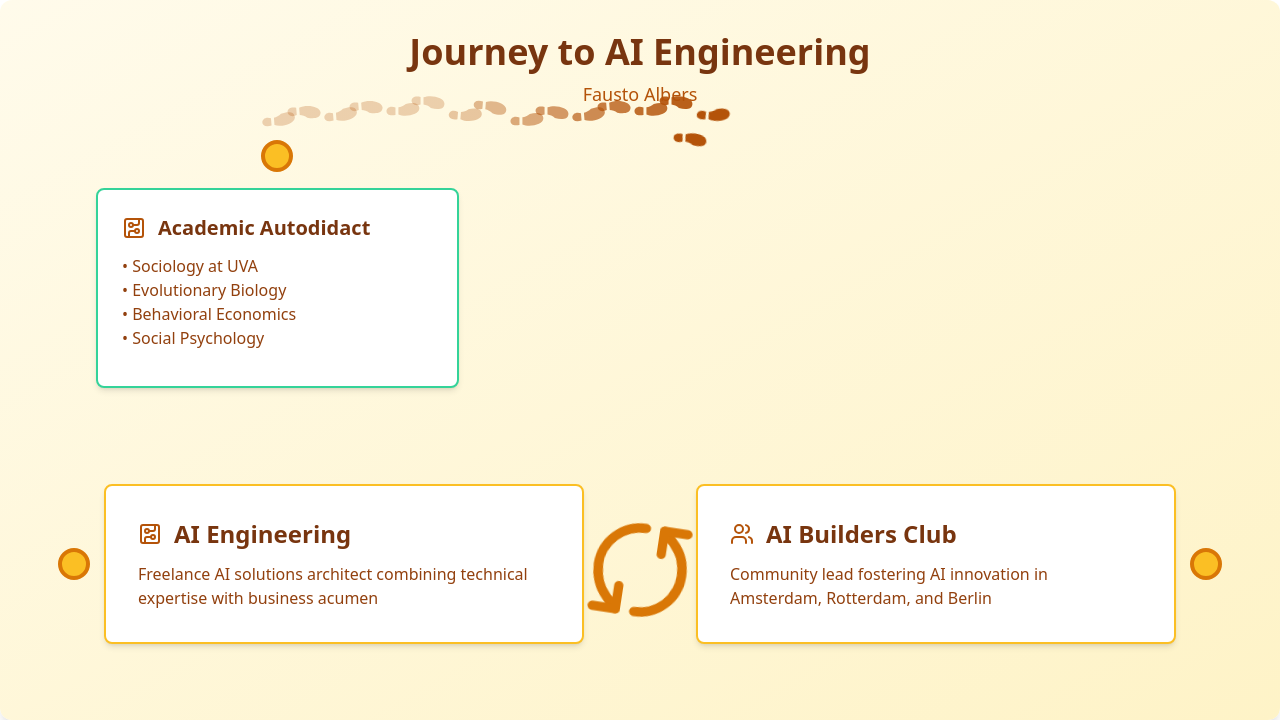
Repository: Galbaz1/dell_presentation
Page: /
An editor plug-in stored every save of this project. The page is shown before and after the next save, followed by the edit.
The browser window is 1280 px wide. The pictures show the whole page.
The project was rebuilt for these pictures with package versions that can differ from the ones it lists, and the page was loaded fresh each time. The framework's server and built-in components were replaced by stand-ins that run in the browser. Also part of the build but not shown: styles/animations/slide2.css, slides/Slide2.tsx.

Above is the page before, as saved 2024-11-11 15:44:41.

### pages/_app.tsx
import '../styles/globals.css'
import '../styles/animations/slide1.css'
import '../styles/animations/slide2.css'
import type { AppProps } from 'next/app'

function MyApp({ Component, pageProps }: AppProps) {
  return <Component {...pageProps} />
}

export default MyApp

### pages/index.tsx
import React from 'react';
import { CircuitBoard, Building2, Code, Users, ArrowRight, RefreshCcw } from 'lucide-react';
import FootstepsAnimation from '../components/FootstepsAnimation';

const SpeakerSlide: React.FC = () => {
  return (
    <div className="bg-gradient-to-br from-amber-50 to-amber-100 p-8 rounded-xl shadow-lg min-h-screen overflow-hidden">
      {/* Header */}
      <div className="mb-12 text-center">
        <h1 className="text-4xl font-bold text-amber-900 mb-2">Journey to AI Engineering</h1>
        <p className="text-lg text-amber-700">Fausto Albers</p>
      </div>

      {/* Journey Map */}
      <div className="relative mb-16 mx-auto max-w-[1400px]">
        <FootstepsAnimation />
        {/* Journey Stations */}
        <div className="relative flex justify-between items-center px-16">
          {/* Academic Autodidact */}
          <div className="w-96 relative fall-animation">
            <div className="absolute -top-4 left-1/2 transform -translate-x-1/2">
              <div className="w-8 h-8 rounded-full bg-amber-400 border-4 border-amber-600" />
            </div>
            <div className="bg-white p-6 rounded-lg shadow-md mt-8 h-[200px] flex flex-col border-2 border-emerald-400">
              <h2 className="text-xl font-semibold text-amber-900 mb-3 flex items-center">
                <CircuitBoard className="mr-3 text-amber-700 w-6 h-6" /> Academic Autodidact
              </h2>
              <ul className="text-base text-amber-800 flex-1">
                <li>• Sociology at UVA</li>
                <li>• Evolutionary Biology</li>
                <li>• Behavioral Economics</li>
                <li>• Social Psychology</li>
              </ul>
            </div>
          </div>

          {/* Business Experience */}
          <div className="w-96 relative fall-animation fall-animation-delay-1">
            <div className="absolute -top-4 left-1/2 transform -translate-x-1/2">
              <div className="w-8 h-8 rounded-full bg-amber-400 border-4 border-amber-600" />
            </div>
            <div className="bg-white p-6 rounded-lg shadow-md mt-8 h-[200px] flex flex-col border-2 border-emerald-400">
              <h2 className="text-xl font-semibold text-amber-900 mb-3 flex items-center">
                <Building2 className="mr-3 text-amber-700 w-6 h-6" /> Business Leadership
              </h2>
              <ul className="text-base text-amber-800 flex-1">
                <li>• Restaurant Owner</li>
                <li>• Cocktail Bars</li>
                <li>• Event Company</li>
                <li>• Dark Kitchen</li>
              </ul>
            </div>
          </div>

          {/* Tech Innovation */}
          <div className="w-96 relative fall-animation fall-animation-delay-2">
            <div className="absolute -top-4 left-1/2 transform -translate-x-1/2">
              <div className="w-8 h-8 rounded-full bg-amber-400 border-4 border-amber-600" />
            </div>
            <div className="bg-white p-6 rounded-lg shadow-md mt-8 h-[200px] flex flex-col border-2 border-emerald-400">
              <h2 className="text-xl font-semibold text-amber-900 mb-3 flex items-center">
                <Code className="mr-3 text-amber-700 w-6 h-6" /> Tech Innovation
              </h2>
              <ul className="text-base text-amber-800 flex-1">
                <li>• Back-end Development</li>
                <li>• Waitless - QR POS System</li>
                <li>• Waitler - LLM Chat App</li>
              </ul>
            </div>
          </div>
        </div>
      </div>

      {/* Current Roles Synergy Circle */}
      <div className="relative max-w-[1200px] mx-auto mt-24">
        {/* Synergy Arrows - removed text */}
        <div className="absolute left-0 right-0 mx-auto w-28 top-[30px] synergy-animation z-10">
          <div className="relative w-full h-full">
            <RefreshCcw className="w-full h-full text-amber-600 animate-spin-slow" />
          </div>
        </div>

        <div className="flex justify-between items-center synergy-animation px-16">
          {/* AI Engineering Role */}
          <div className="w-[480px] relative bg-white p-8 rounded-lg shadow-md border-2 border-amber-400 h-[160px] flex flex-col">
            <div className="absolute -left-12 top-1/2 transform -translate-y-1/2">
              <div className="w-8 h-8 rounded-full bg-amber-400 border-4 border-amber-600" />
            </div>
            <h2 className="text-2xl font-semibold text-amber-900 mb-3 flex items-center">
              <CircuitBoard className="mr-3 text-amber-700 w-6 h-6" /> AI Engineering
            </h2>
            <p className="text-base text-amber-800">
              Freelance AI solutions architect combining technical expertise with business acumen
            </p>
          </div>

          {/* AI Builders Role */}
          <div className="w-[480px] relative bg-white p-8 rounded-lg shadow-md border-2 border-amber-400 h-[160px] flex flex-col">
            <h2 className="text-2xl font-semibold text-amber-900 mb-3 flex items-center">
              <Users className="mr-3 text-amber-700 w-6 h-6" /> AI Builders Club
            </h2>
            <p className="text-base text-amber-800">
              Community lead fostering AI innovation in Amsterdam, Rotterdam, and Berlin
            </p>
            <div className="absolute -right-12 top-1/2 transform -translate-y-1/2">
              <div className="w-8 h-8 rounded-full bg-amber-400 border-4 border-amber-600" />
            </div>
          </div>
        </div>
      </div>
    </div>
  );
};

export default SpeakerSlide;

### styles/animations/slide1.css
@keyframes spin-slow {
  from {
    transform: rotate(0deg);
  }
  to {
    transform: rotate(360deg);
  }
}

.animate-spin-slow {
  animation: spin-slow 20s linear infinite;
}

@keyframes fallIn {
  0% {
    transform: translateY(-100vh) rotate(0deg);
    opacity: 0;
  }
  60% {
    transform: translateY(20px) rotate(720deg);
  }
  80% {
    transform: translateY(-10px) rotate(720deg);
  }
  100% {
    transform: translateY(0) rotate(720deg);
    opacity: 1;
  }
}

.fall-animation {
  opacity: 0;
  animation: fallIn 2s cubic-bezier(0.25, 0.46, 0.45, 0.94) forwards;
  animation-delay: 2s;
}

.fall-animation-delay-1 {
  animation-delay: 6s;
}

.fall-animation-delay-2 {
  animation-delay: 11s;
}

### components/FootstepsAnimation.tsx
import React, { useEffect, useRef } from 'react';
import gsap from 'gsap';

interface FootProps {
  ref: React.RefObject<SVGSVGElement>;
}

const RightFootprint = React.forwardRef<SVGSVGElement>((_, ref) => (
  <svg
    ref={ref}
    width="24"
    height="36"
    viewBox="0 0 16 32"
    fill="currentColor"
    xmlns="http://www.w3.org/2000/svg"
    className="footstep right-step"
    style={{ transform: 'rotate(90deg)', fill: '#b45309' }}
  >
    <path d="M5.058 20.918l6.21-1.664c-0.204-2.22 0-4.745 1.205-7.11 0.18-6.195-1.867-11.962-6.835-10.631-5.468 1.465-4.865 13.899-0.58 19.404v0zM5.468 23.537c0.343 11.974 12.512 6.497 6.318-1.693l-6.318 1.693z" />
  </svg>
));

const LeftFootprint = React.forwardRef<SVGSVGElement>((_, ref) => (
  <svg
    ref={ref}
    width="24"
    height="36"
    viewBox="20 0 16 32"
    fill="currentColor"
    xmlns="http://www.w3.org/2000/svg"
    className="footstep left-step"
    style={{ transform: 'rotate(90deg)', fill: '#b45309' }}
  >
    <path d="M27.227 20.917l-6.21-1.664c0.204-2.22-0-4.745-1.205-7.11-0.18-6.195 1.867-11.962 6.835-10.631 5.468 1.466 4.865 13.9 0.58 19.404v0zM26.818 23.536c-0.343 11.973-12.512 6.497-6.318-1.693l6.318 1.693z" />
  </svg>
));

const FootstepsAnimation: React.FC = () => {
  const leftFootRef = useRef<SVGSVGElement>(null);
  const rightFootRef = useRef<SVGSVGElement>(null);
  const ghostTrailRef = useRef<HTMLDivElement>(null);

  useEffect(() => {
    if (!leftFootRef.current || !rightFootRef.current || !ghostTrailRef.current) return;

    // River-like flowing path with gentle curves
    const horizontalPath = [
      // Start at first orange circle (Academic Foundation)
      { x: 280, y: 100 },    // Starting at first circle
      { x: 342, y: 95 },     // Gentle curve up (increased from 330)
      { x: 404, y: 90 },     // Peak (increased from 380)
      { x: 466, y: 95 },     // Coming down (increased from 430)
      { x: 528, y: 100 },    // Level (increased from 480)
      { x: 590, y: 95 },     // Rise (increased from 530)
      { x: 652, y: 90 },     // Peak (increased from 580)
      { x: 714, y: 95 },     // Descend (increased from 630)
      { x: 776, y: 100 },    // Second circle position (increased from 680)
      { x: 838, y: 95 },     // Begin rise (increased from 730)
      { x: 900, y: 90 },     // Peak (increased from 780)
      { x: 962, y: 95 },     // Start descent (increased from 830)
      { x: 1024, y: 100 },   // Level (increased from 880)
      { x: 1086, y: 95 },    // Rise (increased from 930)
      { x: 1148, y: 90 },    // Peak (increased from 980)
      { x: 1210, y: 95 },    // Descend (increased from 1030)
      { x: 1272, y: 100 },   // Third circle position (increased from 1080)
      { x: 1334, y: 95 },    // Final rise (increased from 1130)
      { x: 1396, y: 90 },    // Last peak (increased from 1180)
      { x: 1458, y: 95 },    // Final descent (increased from 1230)
      { x: 1520, y: 100 },   // End position (increased from 1280)
    ];

    // Calculate increment from horizontal path
    const horizontalIncrement = Math.abs(horizontalPath[1].x - horizontalPath[0].x); // Should be 62

    // New vertical path with 3 fewer steps
    const verticalPath = [
      { x: 1520, y: 100 },    // Start where horizontal path ended
      { x: 1525, y: 162 },    // Wave right
      { x: 1530, y: 224 },    // Peak right
      { x: 1525, y: 286 },    // Wave back center
      { x: 1520, y: 348 },    // Center
      { x: 1525, y: 410 },    // Wave right
      { x: 1530, y: 472 },    // Peak right
      { x: 1520, y: 534 },    // End position
    ];

    const createGhostTrail = (
      element: SVGSVGElement,
      x: number,
      y: number,
      rotation: number = 0,
      isVertical: boolean = false
    ): void => {
      if (!ghostTrailRef.current) return;

      const ghost = element.cloneNode(true) as SVGSVGElement;
      ghost.style.position = 'absolute';
      ghost.style.left = `${x}px`;
      ghost.style.top = `${y}px`;

      // Match ghost trail rotation with footstep rotation
      const ghostRotation = isVertical
        ? rotation  // Just use the same rotation as footsteps for vertical path
        : rotation; // Keep horizontal path rotation the same

      ghost.style.transform = `rotate(${ghostRotation}deg)`;
      ghost.style.color = '#d97706';
      ghost.classList.add('ghost-trail');

      ghostTrailRef.current.appendChild(ghost);

      gsap.to(ghost, {
        opacity: 0.25,
        duration: 3,
        ease: "none",
      });
    };

    const animateFootstep = (
      foot: SVGSVGElement,
      path: Array<{x: number, y: number}>,
      delay: number,
      isLeft: boolean,
      isVertical: boolean = false
    ): void => {
      path.forEach((point, index) => {
        const prevPoint = index > 0 ? path[index - 1] : point;
        const nextPoint = index < path.length - 1 ? path[index + 1] : point;

        const rotation = Math.atan2(
          nextPoint.y - prevPoint.y,
          nextPoint.x - prevPoint.x
        ) * 180 / Math.PI;

        // Define base offsets
        const sideOffset = isLeft ? -12 : 12;
        const heightOffset = isLeft ? 6 : -6;  // 20% increased from original 5/-5

        // Swap offsets based on direction
        const xOffset = isVertical ? heightOffset : sideOffset;
        const yOffset = isVertical ? sideOffset : heightOffset;

        // Adjust rotation for vertical path to point inwards while going down
        const finalRotation = isVertical
          ? rotation + 90 + (isLeft ? 15 : -15)  // Swapped the +/- for vertical to point inwards
          : rotation + 90 + (isLeft ? -15 : 15);  // Horizontal path unchanged

        gsap.to(foot, {
          x: point.x + xOffset,
          y: point.y + yOffset,
          rotation: finalRotation,
          duration: 0.6,
          delay: delay + (index * 0.7),
          ease: "power2.inOut",
          onComplete: () => createGhostTrail(
            foot,
            point.x + xOffset,
            point.y + yOffset,
            finalRotation,
            isVertical
          ),
        });
      });
    };

    // Start animations with proper timing
    const timeline = gsap.timeline();

    // First animate horizontal path (normal order)
    animateFootstep(leftFootRef.current, horizontalPath, 0, true, false);
    animateFootstep(rightFootRef.current, horizontalPath, 0.35, false, false);

    // Then animate vertical path with swapped left/right order and transition delay
    const horizontalDuration = horizontalPath.length * 0.7;
    // Add 0.7s extra delay for the inner footstep (the one that needs to wait)
    animateFootstep(leftFootRef.current, verticalPath, horizontalDuration + 0.7, false, true);  // Added 0.7s delay
    animateFootstep(rightFootRef.current, verticalPath, horizontalDuration + 0.35, true, true);  // Kept original timing

    return () => {
      timeline.kill();
    };
  }, []);

  return (
    <div className="fixed inset-0 pointer-events-none" style={{ zIndex: 50 }}>
      <div
        ref={ghostTrailRef}
        className="ghost-trail-container"
        style={{ zIndex: 50 }}
      />
      <LeftFootprint ref={leftFootRef} />
      <RightFootprint ref={rightFootRef} />
    </div>
  );
};

RightFootprint.displayName = 'RightFootprint';
LeftFootprint.displayName = 'LeftFootprint';

export default FootstepsAnimation;

### tailwind.config.js
/** @type {import('tailwindcss').Config} */
module.exports = {
  content: [
    "./pages/**/*.{js,ts,jsx,tsx}",
    "./components/**/*.{js,ts,jsx,tsx}",
    "./styles/**/*.css",
  ],
  theme: {
    extend: {},
  },
  plugins: [],
}

### components/slides/SlideManager.tsx
import React, { useState } from 'react';
import Slide1 from '../../slides/Slide1';
import Slide2 from '../../slides/Slide2';
import SlideNavigation from './SlideNavigation';

const slides = [Slide1, Slide2];

const SlideManager: React.FC = () => {
  const [currentSlide, setCurrentSlide] = useState(0);

  const handleNext = () => {
    if (currentSlide < slides.length - 1) {
      setCurrentSlide(curr => curr + 1);
    }
  };

  const handlePrev = () => {
    if (currentSlide > 0) {
      setCurrentSlide(curr => curr - 1);
    }
  };

  const CurrentSlide = slides[currentSlide];

  return (
    <div className="relative">
      <CurrentSlide />
      <SlideNavigation
        currentSlide={currentSlide}
        totalSlides={slides.length}
        onNext={handleNext}
        onPrev={handlePrev}
      />
    </div>
  );
};

export default SlideManager;

### slides/Slide1.tsx
import React from 'react';
import { Building2, Code } from 'lucide-react';
import FootstepsAnimation from '../components/FootstepsAnimation';
import SlideLayout from '../components/slides/SlideLayout';

const Slide1: React.FC = () => {
  return (
    <SlideLayout>
      {/* Business Experience */}
      <div className="w-96 relative fall-animation fall-animation-delay-1">
        <div className="absolute -top-4 left-1/2 transform -translate-x-1/2">
          <div className="w-8 h-8 rounded-full bg-amber-400 border-4 border-amber-600" />
        </div>
        <div className="bg-white p-6 rounded-lg shadow-md mt-8 h-[200px] flex flex-col border-2 border-emerald-400">
          <h2 className="text-xl font-semibold text-amber-900 mb-3 flex items-center">
            <Building2 className="mr-3 text-amber-700 w-6 h-6" /> Business Leadership
          </h2>
          <ul className="text-base text-amber-800 flex-1">
            <li>• Restaurant Owner</li>
            <li>• Cocktail Bars</li>
            <li>• Event Company</li>
            <li>• Dark Kitchen</li>
          </ul>
        </div>
      </div>

      {/* Tech Innovation */}
      <div className="w-96 relative fall-animation fall-animation-delay-2">
        <div className="absolute -top-4 left-1/2 transform -translate-x-1/2">
          <div className="w-8 h-8 rounded-full bg-amber-400 border-4 border-amber-600" />
        </div>
        <div className="bg-white p-6 rounded-lg shadow-md mt-8 h-[200px] flex flex-col border-2 border-emerald-400">
          <h2 className="text-xl font-semibold text-amber-900 mb-3 flex items-center">
            <Code className="mr-3 text-amber-700 w-6 h-6" /> Tech Innovation
          </h2>
          <ul className="text-base text-amber-800 flex-1">
            <li>• Back-end Development</li>
            <li>• Waitless - QR POS System</li>
            <li>• Waitler - LLM Chat App</li>
          </ul>
        </div>
      </div>
    </SlideLayout>
  );
};

export default Slide1;

### components/slides/SlideNavigation.tsx
import React from 'react';
import { ChevronLeft, ChevronRight } from 'lucide-react';

interface SlideNavigationProps {
  currentSlide: number;
  totalSlides: number;
  onNext: () => void;
  onPrev: () => void;
}

const SlideNavigation: React.FC<SlideNavigationProps> = ({
  currentSlide,
  totalSlides,
  onNext,
  onPrev
}) => {
  return (
    <div className="absolute bottom-8 right-8 flex items-center gap-4">
      <button
        onClick={onPrev}
        disabled={currentSlide === 0}
        className="p-2 rounded-full bg-amber-600 text-white disabled:opacity-50"
      >
        <ChevronLeft className="w-6 h-6" />
      </button>
      <span className="text-amber-900">
        {currentSlide + 1} / {totalSlides}
      </span>
      <button
        onClick={onNext}
        disabled={currentSlide === totalSlides - 1}
        className="p-2 rounded-full bg-amber-600 text-white disabled:opacity-50"
      >
        <ChevronRight className="w-6 h-6" />
      </button>
    </div>
  );
};

export default SlideNavigation;

### components/slides/SlideLayout.tsx
import React from 'react';

interface SlideLayoutProps {
  children: React.ReactNode;
  className?: string;
  gradient?: string;
}

const SlideLayout: React.FC<SlideLayoutProps> = ({
  children,
  className = '',
  gradient = 'from-amber-50 to-amber-100'
}) => {
  return (
    <div className={`bg-gradient-to-br ${gradient} p-8 rounded-xl shadow-lg min-h-screen overflow-hidden ${className}`}>
      {children}
    </div>
  );
};

export default SlideLayout;

Loaded but not shown: styles/globals.css (common file)

After the next save:
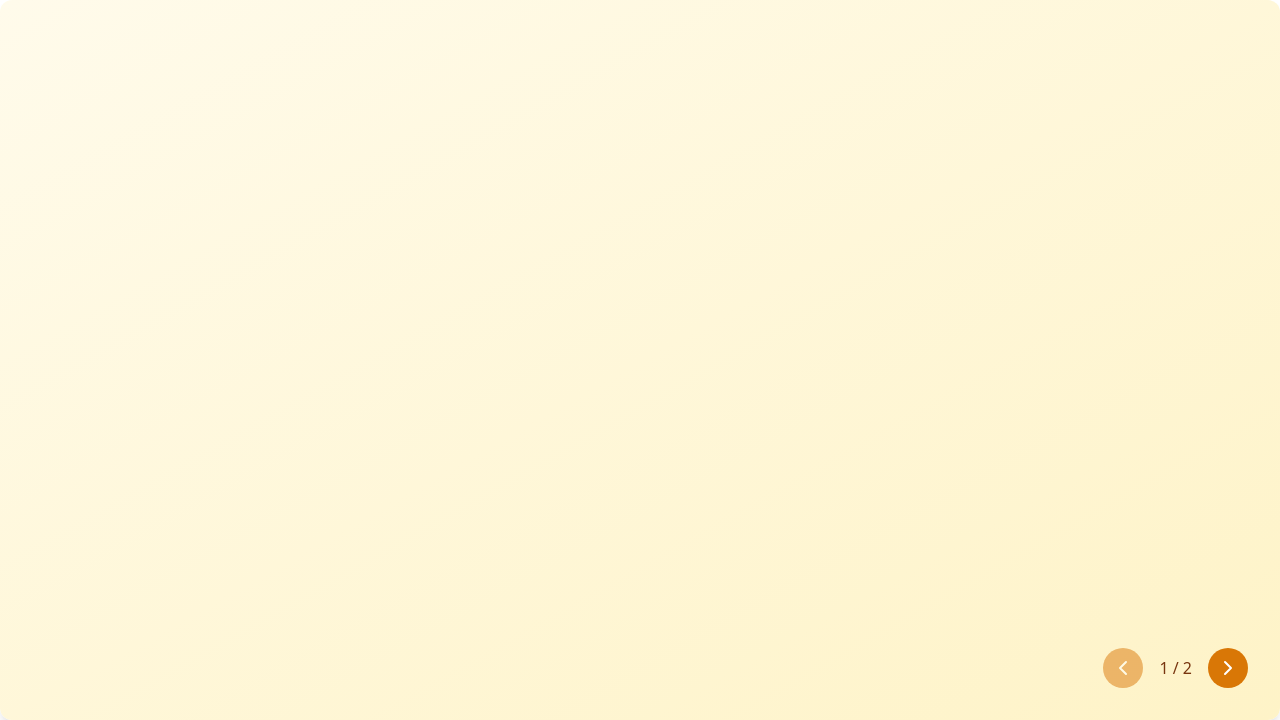
Saved 2 min 19 s later.
--- a/pages/index.tsx
+++ b/pages/index.tsx
@@ -1,115 +1,5 @@
-import React from 'react';
-import { CircuitBoard, Building2, Code, Users, ArrowRight, RefreshCcw } from 'lucide-react';
-import FootstepsAnimation from '../components/FootstepsAnimation';
+import SlideManager from '../components/slides/SlideManager';
 
-const SpeakerSlide: React.FC = () => {
-  return (
-    <div className="bg-gradient-to-br from-amber-50 to-amber-100 p-8 rounded-xl shadow-lg min-h-screen overflow-hidden">
-      {/* Header */}
-      <div className="mb-12 text-center">
-        <h1 className="text-4xl font-bold text-amber-900 mb-2">Journey to AI Engineering</h1>
-        <p className="text-lg text-amber-700">Fausto Albers</p>
-      </div>
-
-      {/* Journey Map */}
-      <div className="relative mb-16 mx-auto max-w-[1400px]">
-        <FootstepsAnimation />
-        {/* Journey Stations */}
-        <div className="relative flex justify-between items-center px-16">
-          {/* Academic Autodidact */}
-          <div className="w-96 relative fall-animation">
-            <div className="absolute -top-4 left-1/2 transform -translate-x-1/2">
-              <div className="w-8 h-8 rounded-full bg-amber-400 border-4 border-amber-600" />
-            </div>
-            <div className="bg-white p-6 rounded-lg shadow-md mt-8 h-[200px] flex flex-col border-2 border-emerald-400">
-              <h2 className="text-xl font-semibold text-amber-900 mb-3 flex items-center">
-                <CircuitBoard className="mr-3 text-amber-700 w-6 h-6" /> Academic Autodidact
-              </h2>
-              <ul className="text-base text-amber-800 flex-1">
-                <li>• Sociology at UVA</li>
-                <li>• Evolutionary Biology</li>
-                <li>• Behavioral Economics</li>
-                <li>• Social Psychology</li>
-              </ul>
-            </div>
-          </div>
-
-          {/* Business Experience */}
-          <div className="w-96 relative fall-animation fall-animation-delay-1">
-            <div className="absolute -top-4 left-1/2 transform -translate-x-1/2">
-              <div className="w-8 h-8 rounded-full bg-amber-400 border-4 border-amber-600" />
-            </div>
-            <div className="bg-white p-6 rounded-lg shadow-md mt-8 h-[200px] flex flex-col border-2 border-emerald-400">
-              <h2 className="text-xl font-semibold text-amber-900 mb-3 flex items-center">
-                <Building2 className="mr-3 text-amber-700 w-6 h-6" /> Business Leadership
-              </h2>
-              <ul className="text-base text-amber-800 flex-1">
-                <li>• Restaurant Owner</li>
-                <li>• Cocktail Bars</li>
-                <li>• Event Company</li>
-                <li>• Dark Kitchen</li>
-              </ul>
-            </div>
-          </div>
-
-          {/* Tech Innovation */}
-          <div className="w-96 relative fall-animation fall-animation-delay-2">
-            <div className="absolute -top-4 left-1/2 transform -translate-x-1/2">
-              <div className="w-8 h-8 rounded-full bg-amber-400 border-4 border-amber-600" />
-            </div>
-            <div className="bg-white p-6 rounded-lg shadow-md mt-8 h-[200px] flex flex-col border-2 border-emerald-400">
-              <h2 className="text-xl font-semibold text-amber-900 mb-3 flex items-center">
-                <Code className="mr-3 text-amber-700 w-6 h-6" /> Tech Innovation
-              </h2>
-              <ul className="text-base text-amber-800 flex-1">
-                <li>• Back-end Development</li>
-                <li>• Waitless - QR POS System</li>
-                <li>• Waitler - LLM Chat App</li>
-              </ul>
-            </div>
-          </div>
-        </div>
-      </div>
-
-      {/* Current Roles Synergy Circle */}
-      <div className="relative max-w-[1200px] mx-auto mt-24">
-        {/* Synergy Arrows - removed text */}
-        <div className="absolute left-0 right-0 mx-auto w-28 top-[30px] synergy-animation z-10">
-          <div className="relative w-full h-full">
-            <RefreshCcw className="w-full h-full text-amber-600 animate-spin-slow" />
-          </div>
-        </div>
-
-        <div className="flex justify-between items-center synergy-animation px-16">
-          {/* AI Engineering Role */}
-          <div className="w-[480px] relative bg-white p-8 rounded-lg shadow-md border-2 border-amber-400 h-[160px] flex flex-col">
-            <div className="absolute -left-12 top-1/2 transform -translate-y-1/2">
-              <div className="w-8 h-8 rounded-full bg-amber-400 border-4 border-amber-600" />
-            </div>
-            <h2 className="text-2xl font-semibold text-amber-900 mb-3 flex items-center">
-              <CircuitBoard className="mr-3 text-amber-700 w-6 h-6" /> AI Engineering
-            </h2>
-            <p className="text-base text-amber-800">
-              Freelance AI solutions architect combining technical expertise with business acumen
-            </p>
-          </div>
-
-          {/* AI Builders Role */}
-          <div className="w-[480px] relative bg-white p-8 rounded-lg shadow-md border-2 border-amber-400 h-[160px] flex flex-col">
-            <h2 className="text-2xl font-semibold text-amber-900 mb-3 flex items-center">
-              <Users className="mr-3 text-amber-700 w-6 h-6" /> AI Builders Club
-            </h2>
-            <p className="text-base text-amber-800">
-              Community lead fostering AI innovation in Amsterdam, Rotterdam, and Berlin
-            </p>
-            <div className="absolute -right-12 top-1/2 transform -translate-y-1/2">
-              <div className="w-8 h-8 rounded-full bg-amber-400 border-4 border-amber-600" />
-            </div>
-          </div>
-        </div>
-      </div>
-    </div>
-  );
-};
-
-export default SpeakerSlide;
+export default function Home() {
+  return <SlideManager />;
+}
